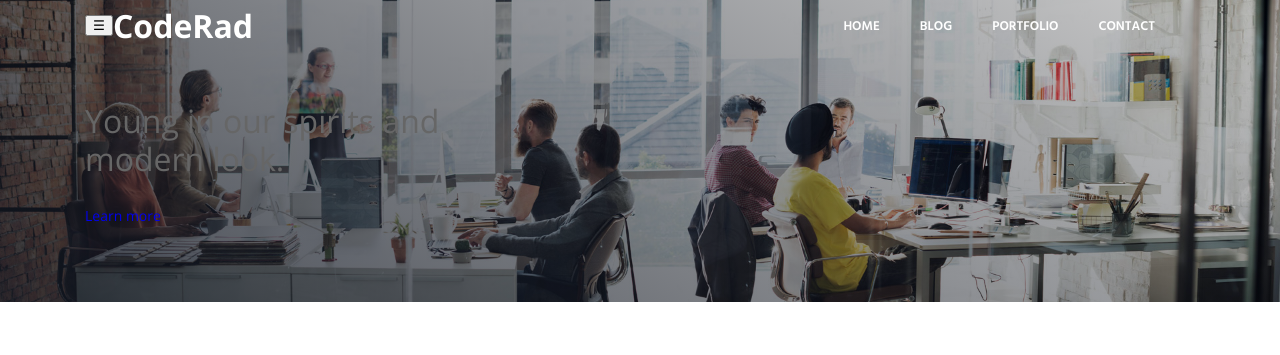
Repository: Sc-Juju/CodeRad
Page: index.html
The author's editor kept a copy of each file at every save. The page is drawn from the files as they stood at one save, then again after the next save.
The browser window is 1280 px wide. The pictures show the whole page.

Above is the page before, as saved 2022-10-26 20:13:28.

### index.html
<!DOCTYPE html>
<html>
	<head>
		<meta charset="utf-8" />
		<meta http-equiv="X-UA-Compatible" content="IE=edge" />
		<title>CodeRad</title>
		<meta name="description" content="" />
		<meta name="viewport" content="width=device-width, initial-scale=1" />

		<link
			href="https://fonts.googleapis.com/css2?family=Open+Sans:wght@300;400;600;700&display=swap"
			rel="stylesheet"
		/>
		<link
			href="https://fonts.googleapis.com/css2?family=Hind:wght@300;400;500;600;700&display=swap"
			rel="stylesheet"
		/>

		<link rel="stylesheet" href="./css/default.css" />
		<link rel="stylesheet" href="./css/styles.css" />
		<link rel="stylesheet" href="./css/responsive.css" />
	</head>
	<body>
		<nav class="navbar nav">
			<div class="container">
				<button
					class="navbar-toggler"
					aria-expanded="false"
					aria-controls="navbarDropdown"
				>
					<span>&#9776;</span>
				</button>
				<a class="navbar-brand" href="index.html">CodeRad</a>
				<ul class="navbar-nav">
					<li class="nav-link">
						<a href="#">Home</a>
					</li>

					<li class="nav-link">
						<a href="#">Blog</a>
					</li>
					<li class="nav-link">
						<a href="#">Portfolio</a>
					</li>
					<li class="nav-link">
						<a href="#">Contact</a>
					</li>
				</ul>
			</div>
		</nav>

		<header class="bg-header">
			<div class="container">
				<div class="hero-wrapper">
					<h2 class="hero-header">
						Young in our spirits and <br />
						modern look.
					</h2>
					<a href="#">Learn more</a>
				</div>
			</div>
		</header>
	</body>
</html>

### css/default.css
:root{
    --white:#fff;
    --black: #000;
    --font-color-base:#666;
    --font-color-dark:#212529;
    --font-color-light:#b0aebe;
    --font-color-link:#57a6ff;
    --footer:#34314b;
    --footer-base:2e2b45;
    --contrast:var(--font-color-light);
    --success: #64ecf5;
    --danger:#ff8b8d;
    --grad-1:#a1ecff;
    --grad-2:#7dbcff;
}
body{
    font-family:"Open Sans", sans-serif;
    font-weight: 400;
    font-size:0.875rem;
    line-height: 1.6;
    letter-spacing: 0;
    color: var(--font-color-base);
    margin:0;
    padding:0;
}
*,
::after,
::before{
    box-sizing: border-box;
}
ul{
    padding:0;
    margin:0;
    list-style: none;
}
a {text-decoration: none;}
p {margin-top:0;}
h2{
    font-size:2rem;
    font-weight:500;
    line-height:1.2;
}
img {
    width:100%;
    max-width:100%;
    vertical-align:middle;
    border-style: none;
}
.container{
    width: 100%;
    padding-left:15px;
    padding-right:15px;
    margin-right:auto;
    margin-left:auto;
}

.btn{
    display: inline-block;
    font-weight: 400;
    color: var(--font-color-dark);
    text-align: center;
    cursor: pointer;
    user-select: none;
    background-color: transparent;
    border: 1px solid transparent;
    padding: .375rem .75rem;
    border-radius:1.25rem;
    transition: ease-in-out .3s;
}

@media (min-width:1200px){
    .container{ max-width: 1140px; }
}

### css/styles.css
.navbar{
    position: fixed;
    top: 0;
    right: 0;
    left: 0;
    z-index: 200;
    transition: ease-in-out .3s;
}
[aria-controls="navbarDrowdown"]{
    display:none;
}
.navbar-nav{
    display: flex;
    align-items: center;
}
.navbar .container{
    display: flex;
    align-items: center;
}
.navbar-brand{
    margin-right:auto;
    font-size: 2rem;
    font-weight: 700;
    width: 100%;
    transition: ease-in-out .3s;
    color: var(--white);

}
.bg-header{
    background-image: url(../CodeRad-assets/bg-header-1.jpg);
    background-color: var(--footer);
    background-repeat: no-repeat;
    background-size: cover;
    background-position:50% 20%;
    position: relative;
    z-index: 1;
    padding: 4.6875rem 0;
}
.bg-header::before{
    background-image: linear-gradient(30deg,
    rgba(21,27,38, .8)0%,
    rgba(0,0,0,.2)100%);
    position: absolute;
    content:"";
    top: 0;
    left: 0;
    right: 0;
    bottom: 0;
    width: 100%;
    height: 100%;
    z-index: -1;
}
.nav-link a{
    color: var(--white);
    font-size: .8125rem;
    font-weight: 600;
    font-family: "Hind", sans-serif;
    text-transform: uppercase;
    margin-right: 2.5rem;
    line-height: 1.25rem;
}

Loaded but not shown: css/responsive.css (no copy from this time; the picture is the same without it)

After the next save:
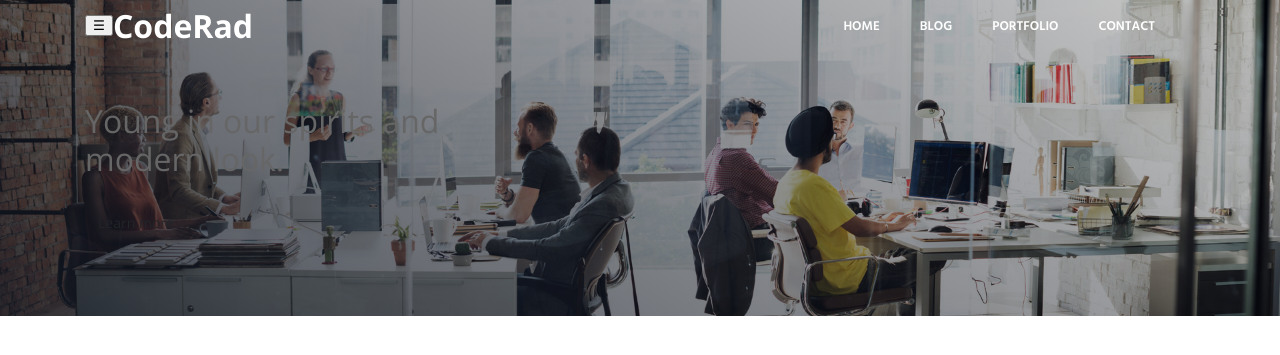
Saved 4 s later.
--- a/index.html
+++ b/index.html
@@ -56,7 +56,7 @@
 						Young in our spirits and <br />
 						modern look.
 					</h2>
-					<a href="#">Learn more</a>
+					<a class="btn" href="#">Learn more</a>
 				</div>
 			</div>
 		</header>
